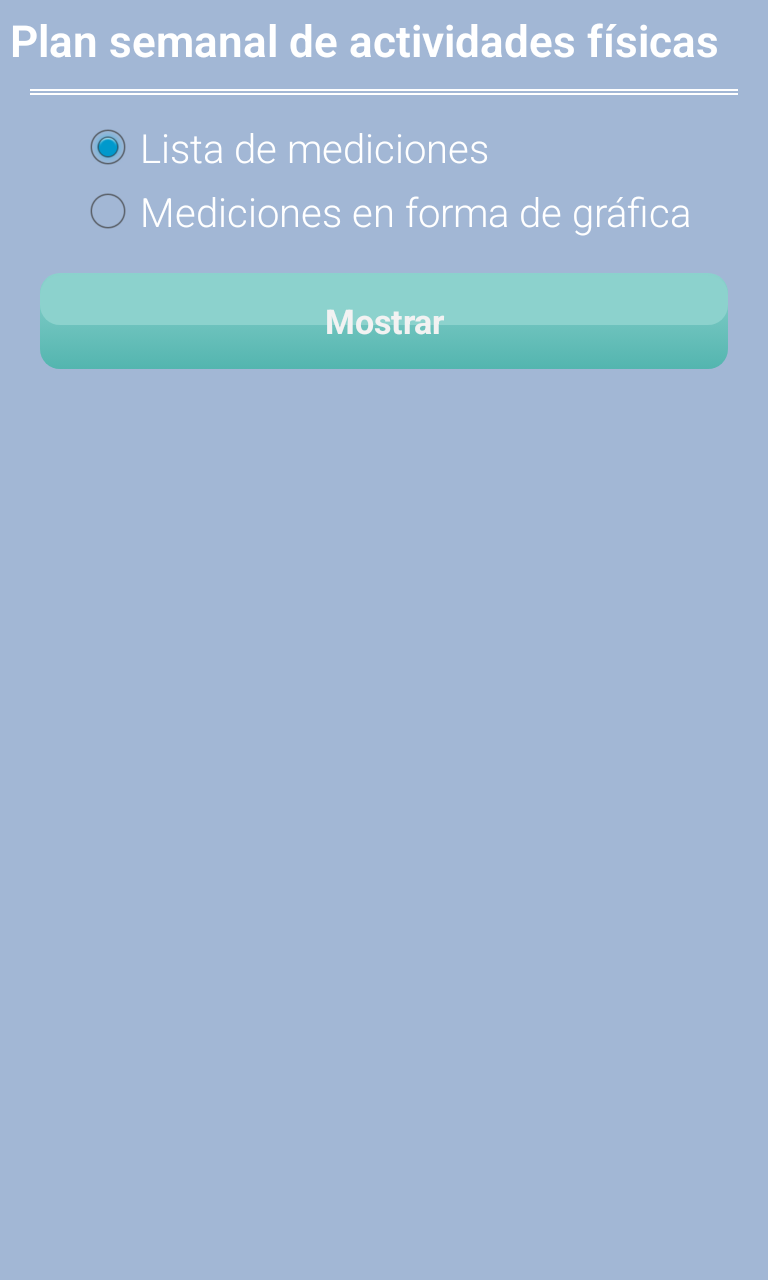
Repository: HectorGarciaMiguel/ssii-diabetes-060036
Layout: SeguimientoDiabetes/res/layout/activity_opciones_mostrar_mediciones.xml
An editor plug-in stored every save of this project. The layout is shown before and after the next save, followed by the edit.
It is drawn on a 768 x 1280 px phone screen (xhdpi) without system bars, with theme AppTheme; the app's code is not run.

Above is the layout before, as saved 2015-11-20 10:46:56.

After the next save:
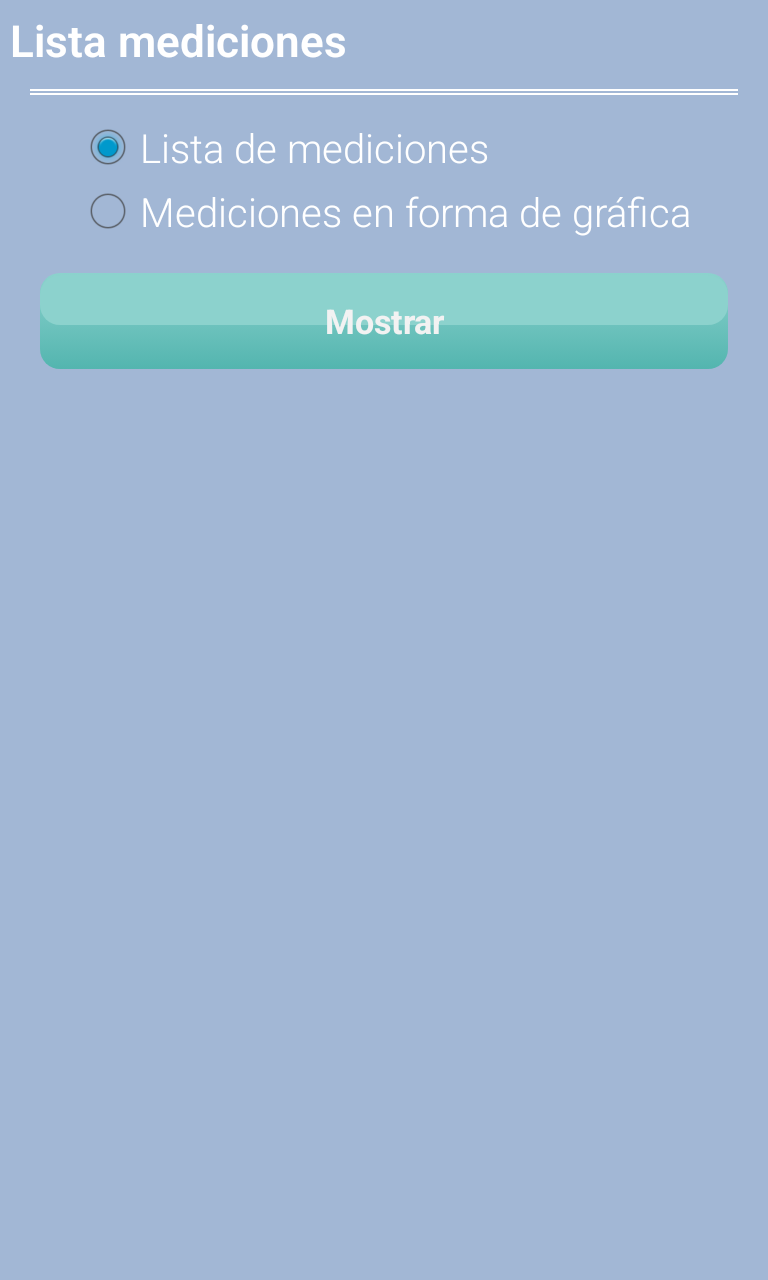
Saved 3 min 29 s later.
--- a/SeguimientoDiabetes/res/layout/activity_opciones_mostrar_mediciones.xml
+++ b/SeguimientoDiabetes/res/layout/activity_opciones_mostrar_mediciones.xml
@@ -22,7 +22,7 @@
             android:layout_width="wrap_content"
             android:layout_height="wrap_content"
         	android:gravity="center"
-            android:text="Plan semanal de actividades físicas"
+            android:text="Lista mediciones"
            	style="@style/RobotoStyleTextViewNegrita" />
 
     </LinearLayout>
